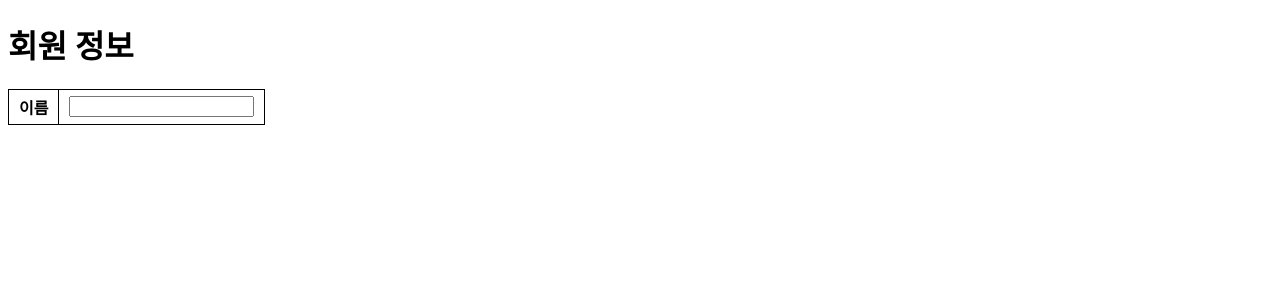
Repository: ZicoPark/Lost-Dev
Page: http://localhost/03_request/
The author's editor kept a copy of each file at every save. The page is drawn from the files as they stood at one save, then again after the next save.
The browser window is 1280 px wide. The pictures show the whole page.
The page is served by Tomcat 9.

Above is the page before, as saved 2023-02-20 03:07:46.

After the next save:
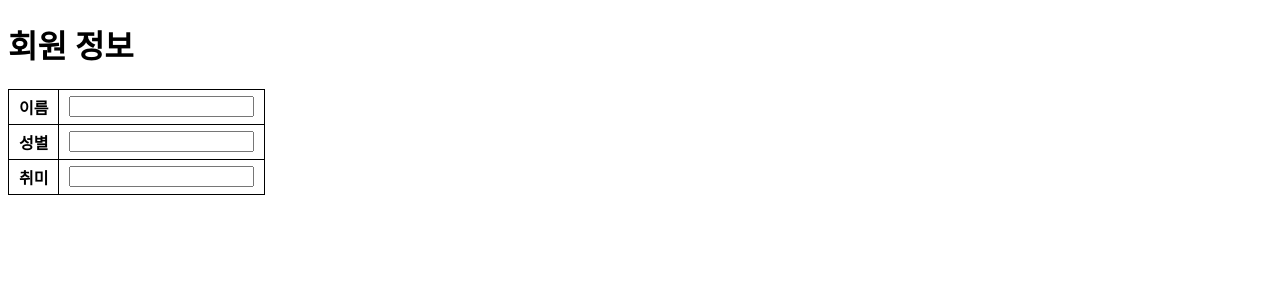
Saved 63 s later.
--- a/JSP/03_request/WebContent/index.jsp
+++ b/JSP/03_request/WebContent/index.jsp
@@ -24,6 +24,14 @@
 			<th>이름</th>
 			<td><input type = "text" name="userName"/></td>
 		</tr>
+		<tr>
+			<th>성별</th>
+			<td><input type = "text" name="userName"/></td>
+		</tr>
+		<tr>
+			<th>취미</th>
+			<td><input type = "text" name="userName"/></td>
+		</tr>
 	</table>
 	</form>
 </body>
